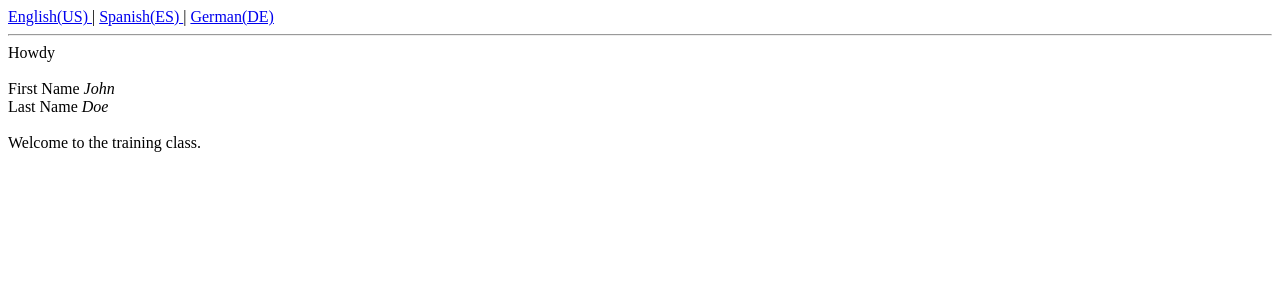
Repository: ddwysg1/JSP-Servlets-and-JDBC-for-beginners
Page: http://localhost/tagdemo/i18n-message-test.jsp
An editor plug-in stored every save of this project. The page is shown before and after the next save, followed by the edit.
The browser window is 1280 px wide. The pictures show the whole page.
The page is served by Tomcat 9.

Above is the page before, as saved 2018-07-17 08:49:13.

After the next save:
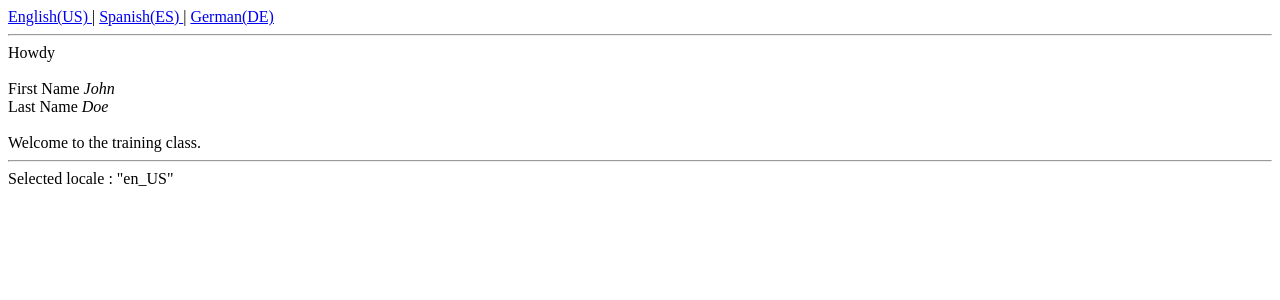
Saved 2 min 15 s later.
--- a/connection_test/tagdemo/WebContent/i18n-message-test.jsp
+++ b/connection_test/tagdemo/WebContent/i18n-message-test.jsp
@@ -22,5 +22,8 @@ scope = "session" />
 <fmt:message key="label.firstname" /> <i> John </i> <br/>
 <fmt:message key="label.lastname" /> <i> Doe </i> <br/> <br/>
 <fmt:message key="label.welcome" /> <br/>
+
+<hr>
+Selected locale : "${theLocale}"
 </body>
 </html>
